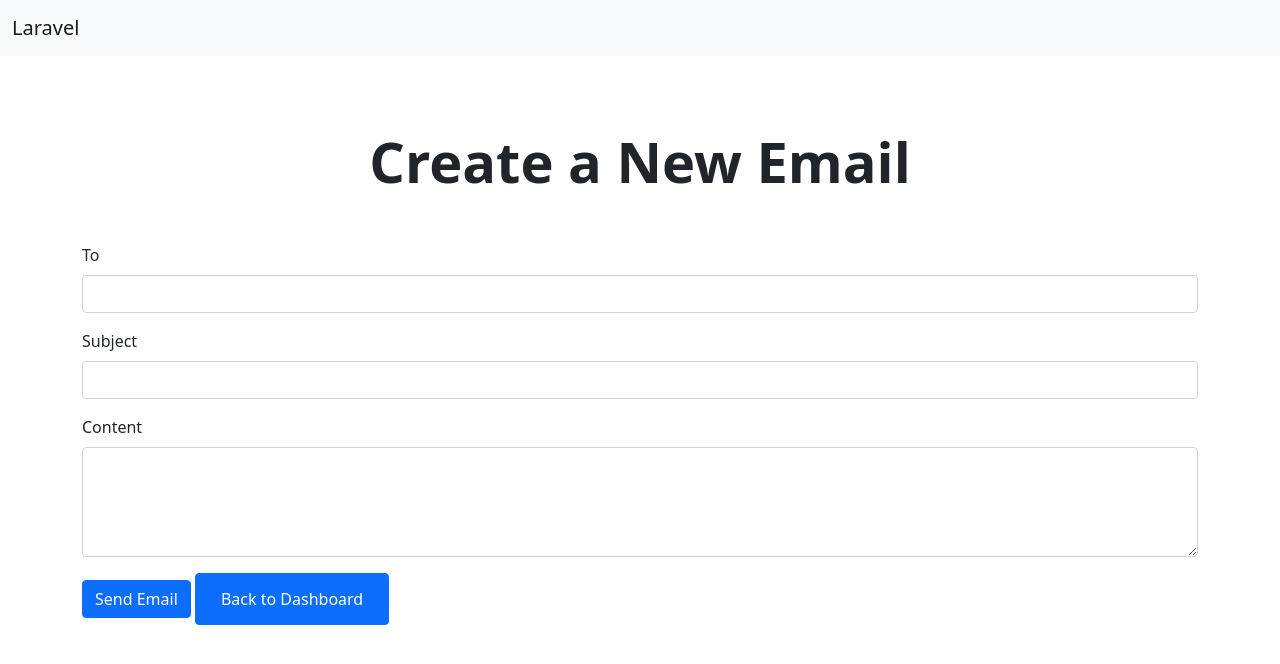
Repository: Abdulahi338/Authentication-using-laravel-11
Page: http://localhost/emails/create
These files come from the project's save history. The page is drawn as it stood at one moment and after the next save; the edit follows.
The browser window is 1280 px wide. The pictures show the whole page.
The page is served by the project's Laravel application, run on PHP 8.4 with Laravel 12. A made-up administrator, Test User (test@example.com), is signed in.

Above is the page before, as saved 2024-11-20 09:37:19.

After the next save:
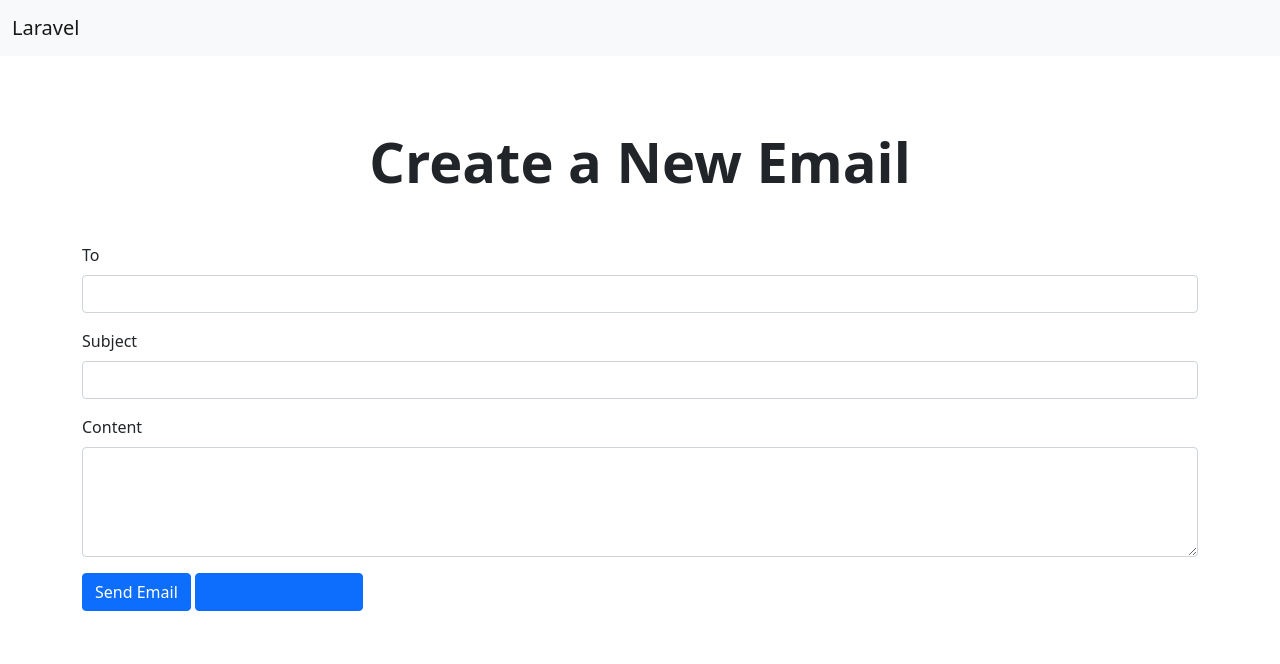
Saved 8 s later.
--- a/resources/views/emails/create.blade.php
+++ b/resources/views/emails/create.blade.php
@@ -25,7 +25,7 @@
         </div>
 
         <button type="submit" class="btn btn-primary">Send Email</button>
-        <button type="submit" class="btn btn-primary "><a class="btn btn-primary" href="{{ route('dashboard') }}">Back to Dashboard</a></button>
+        <button type="submit" class="btn btn-primary "><a class="" href="{{ route('dashboard') }}">Back to Dashboard</a></button>
     </form>
 </div>
 @endsection

After the save that followed:
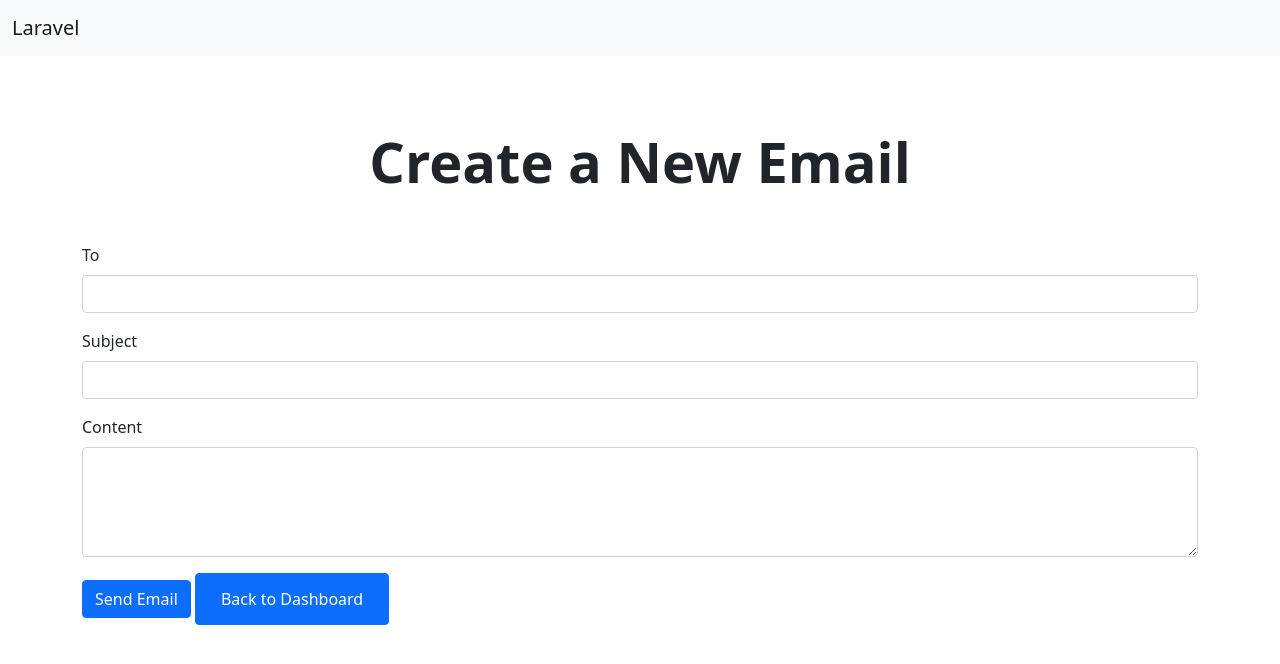
Saved 21 s later.
--- a/resources/views/emails/create.blade.php
+++ b/resources/views/emails/create.blade.php
@@ -25,7 +25,7 @@
         </div>
 
         <button type="submit" class="btn btn-primary">Send Email</button>
-        <button type="submit" class="btn btn-primary "><a class="" href="{{ route('dashboard') }}">Back to Dashboard</a></button>
+        <button type="submit" class="btn btn-primary "><a class="btn btn-primary" href="{{ route('dashboard') }}">Back to Dashboard</a></button>
     </form>
 </div>
 @endsection
